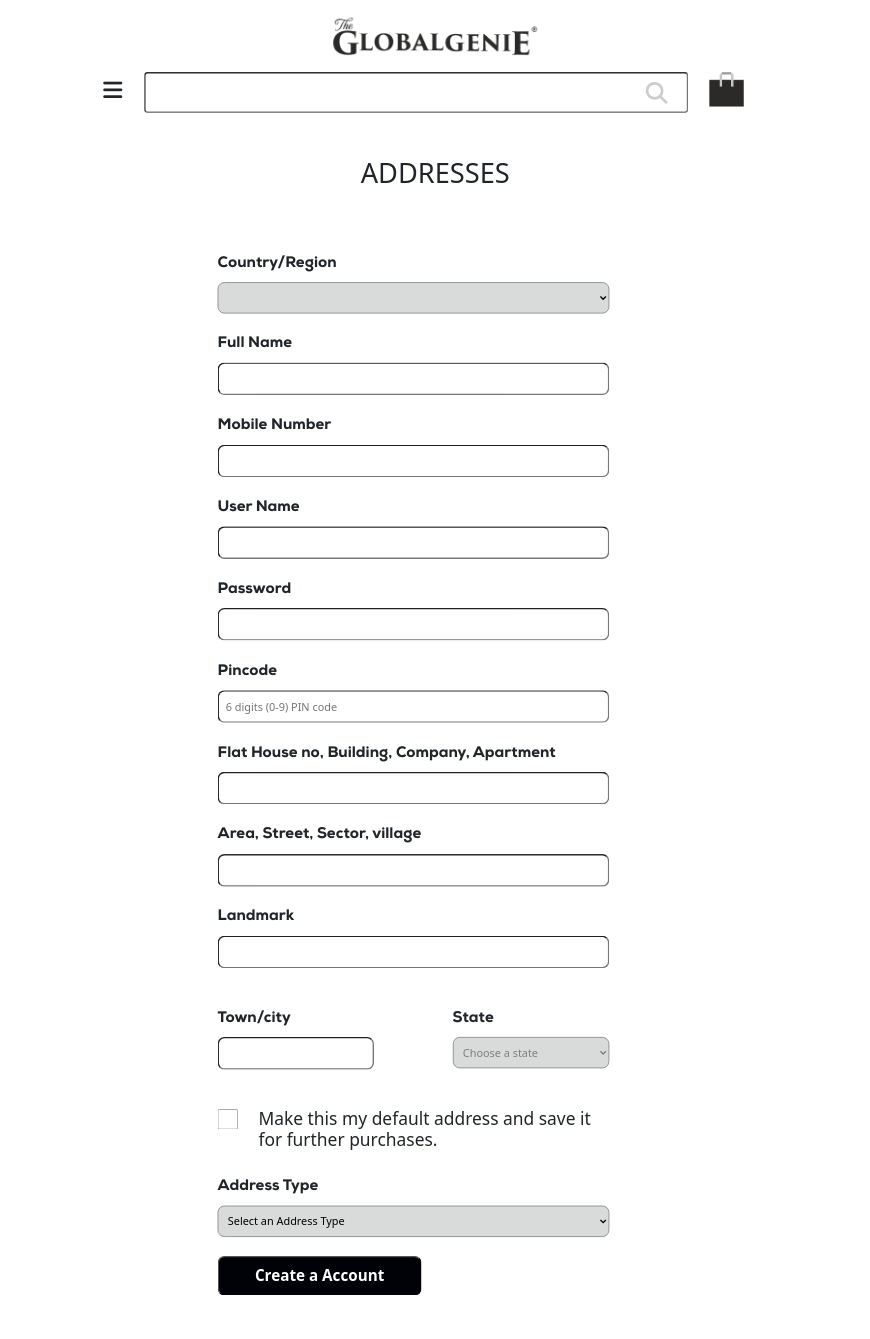
Repository: FlyweisReact/newGlobalGinie
Page: /address
The author's editor kept a copy of each file at every save. The page is drawn from the files as they stood at one save, then again after the next save.
The browser window is 1280 px wide. The pictures show the whole page, at 68% of full size.
Some web libraries are served in a nearby version. The project was rebuilt for these pictures with package versions that can differ from the ones it lists, and the page was loaded fresh each time. Also part of the build but not shown: src/Component/Footer.js, src/Screen/Return.js, src/Screen/AllOrders.js, src/Screen/AllProduct.js, src/Component/Hero2.js, src/Screen/Baby.css, src/Component/Reviews.js, src/Screen/Baby.js and 35 more.

Above is the page before, as saved 2023-02-17 14:03:39.

After the next save:
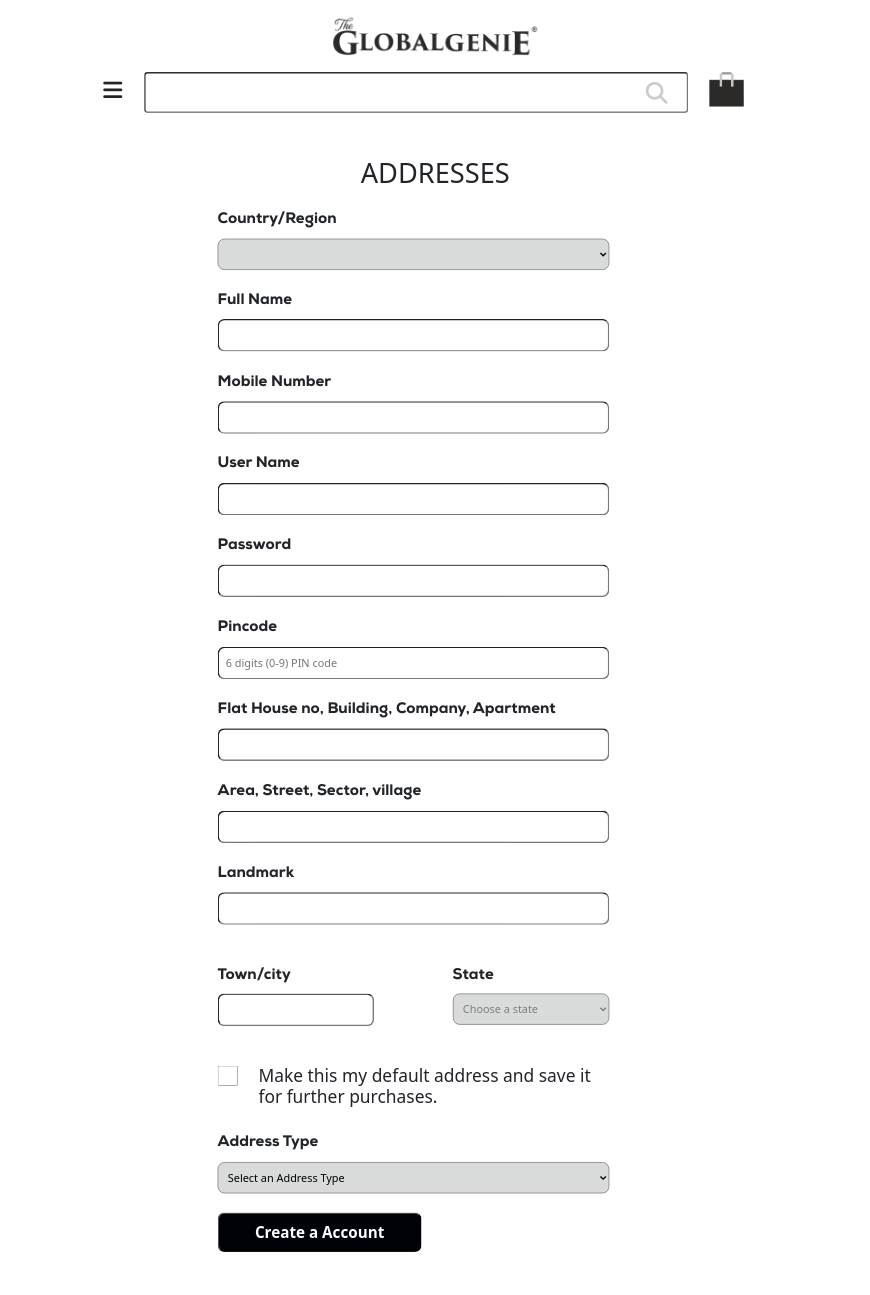
Saved 9 s later.
--- a/src/Screen/Address.js
+++ b/src/Screen/Address.js
@@ -11,7 +11,7 @@
         </h1>
       </div>
 
-      <div className="OrderSummary" id="MyFormNew">
+      <div className="OrderSummary" id="MyFormNew" style={{marginTop : '0'}}>
         <div className="left">
           <div className="LeftForm">
             <div>
